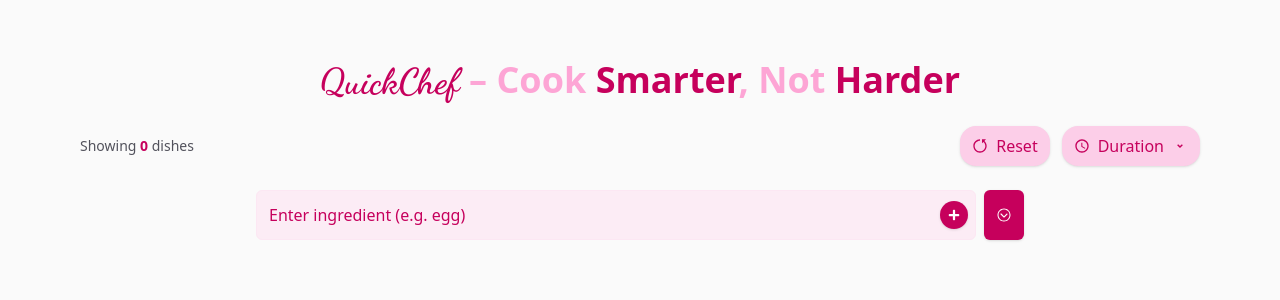
Repository: Priya-creates/QuickChef
Page: /
These files come from the project's save history. The page is drawn as it stood at one moment and after the next save; the edit follows.
The browser window is 1280 px wide. The pictures show the whole page.
Some web fonts or font styles are not loaded; a fallback is used. The project was rebuilt for these pictures with package versions that can differ from the ones it lists, and the page was loaded fresh each time. Also part of the build but not shown: vite.config.js, src/components/DishCard.jsx.

Above is the page before, as saved 2025-10-28 18:35:04.

### index.html
<!doctype html>
<html lang="en">
  <head>
    <meta charset="UTF-8" />
    <link rel="icon" type="image/svg+xml" href="/logo_1.png" />
    <meta name="viewport" content="width=device-width, initial-scale=1.0" />
    <title>QuickChef — Ingredient-Based Recipe Finder</title>
  </head>
  <body>
    <div id="root"></div>
    <script type="module" src="/src/main.jsx"></script>
  </body>
</html>

### src/index.css
@import url('https://fonts.googleapis.com/css2?family=Dancing+Script:wght@400..700&family=Great+Vibes&family=Inter:ital,opsz,wght@0,14..32,100..900;1,14..32,100..900&family=Josefin+Sans:ital,wght@0,100..700;1,100..700&family=Merriweather+Sans:ital,wght@0,300..800;1,300..800&family=Merriweather:ital,opsz,wght@0,18..144,300..900;1,18..144,300..900&family=Outfit:wght@100..900&family=Permanent+Marker&family=Playfair+Display:ital,wght@0,400..900;1,400..900&family=Poppins:ital,wght@0,100;0,200;0,300;0,400;0,500;0,600;0,700;0,800;0,900;1,100;1,200;1,300;1,400;1,500;1,600;1,700;1,800;1,900&family=Prata&family=Raleway:ital,wght@0,100..900;1,100..900&display=swap');
@import "tailwindcss";

.text-outline{

   font-family: "Dancing Script", cursive;
}

### src/App.jsx
import React from "react";
import axios from "axios";
import { IoIosArrowDropdown } from "react-icons/io";
import DishCard from "./components/DishCard";
import Title from "./components/Title";
import { FaPlus, FaExclamationTriangle } from "react-icons/fa";
import { duration } from "./assets/duration";
import { RiResetLeftFill } from "react-icons/ri";
import { MdAccessTime } from "react-icons/md";
import { RiArrowDropDownLine } from "react-icons/ri";

const App = () => {
  const [ingredient, setIngredient] = React.useState("");
  const [ingredientResults, setIngredientResults] = React.useState({});
  const [lockedNoMatch, setLockedNoMatch] = React.useState(false);
  const [dishes, setDishes] = React.useState([]);
  const [ingredientList, setIngredientList] = React.useState([]);
  const [showDropdown, setShowDropdown] = React.useState(false);
  const [showChooseTime, setShowChooseTime] = React.useState(false);
  const [dishesWithTime, setDishesWithTime] = React.useState([]);
  const [ingreListWithNoDishes, setIngreListWithNoDishes] = React.useState([]);
  const [message, setMessage] = React.useState("");
  const [loading, setLoading] = React.useState(false);

  const [time, setTime] = React.useState({
    under_15: false,
    under_30: false,
    under_60: false,
    over_60: false,
  });

  const [category, setCategory] = React.useState({
    under_15: [],
    under_30: [],
    under_60: [],
    over_60: [],
  });

  // Categorize meals by duration
  React.useEffect(() => {
    const newCategories = {
      under_15: [],
      under_30: [],
      under_60: [],
      over_60: [],
    };
    for (const id in duration) {
      const mins = duration[id];
      if (mins <= 15) newCategories.under_15.push(String(id));
      else if (mins <= 30) newCategories.under_30.push(String(id));
      else if (mins <= 60) newCategories.under_60.push(String(id));
      else newCategories.over_60.push(String(id));
    }
    setCategory(newCategories);
  }, []);

  // Fetch dishes by ingredient
  async function handleAdd(e) {
    e.preventDefault();
    setMessage("");

    const key = ingredient.trim().toLowerCase();
    if (!key) {
      setMessage("Enter an ingredient first");
      return;
    }

    // prevent duplicate API calls
    if (ingredientList.includes(key)) {
      setMessage(`"${key}" is already added`);
      return;
    }

    setIngredientList((prev) => [...prev, key]);

    const url = `https://www.themealdb.com/api/json/v1/1/filter.php?i=${encodeURIComponent(
      key
    )}`;
    setLoading(true);

    try {
      const res = await axios.get(url);
      const tempArr = res.data.meals || null;

      setIngredientResults((prev) => ({
        ...prev,
        [key]: tempArr,
      }));
      setIngredient("");
    } catch (err) {
      console.error(err);
      setMessage("Something went wrong while fetching. Try again.");
    } finally {
      setLoading(false);
    }
  }

  // Recompute dishes whenever ingredientResults changes
  React.useEffect(() => {
    const noDishKeys = Object.keys(ingredientResults).filter(
      (k) => !ingredientResults[k]?.length
    );
    setIngreListWithNoDishes(noDishKeys);
    setLockedNoMatch(noDishKeys.length > 0);

    const nonNullResults = Object.values(ingredientResults).filter(
      (arr) => Array.isArray(arr) && arr.length > 0
    );
    if (!nonNullResults.length) {
      setDishes([]);
      setDishesWithTime([]);
      return;
    }

    let base = [...nonNullResults[0]];
    nonNullResults.slice(1).forEach((current) => {
      base = base.filter((item) =>
        current.some((c) => String(c.idMeal) === String(item.idMeal))
      );
    });

    setDishes(base);

    const activeTime = Object.keys(time).find((k) => time[k]);
    if (activeTime) {
      const catList = category[activeTime] || [];
      setDishesWithTime(
        base.filter((item) => catList.includes(String(item.idMeal)))
      );
    } else {
      setDishesWithTime([]);
    }
  }, [ingredientResults]);

  function handleReset() {
    setDishes([]);
    setIngredientList([]);
    setIngredient("");
    setDishesWithTime([]);
    setTime({
      under_15: false,
      under_30: false,
      under_60: false,
      over_60: false,
    });
    setMessage("");
    setIngredientResults({});
    setIngreListWithNoDishes([]);
    setLockedNoMatch(false);
  }

  function handleAll() {
    setShowChooseTime(false);
    setDishesWithTime([]);
    setTime({
      under_15: false,
      under_30: false,
      under_60: false,
      over_60: false,
    });
  }

  function handleTimeSelected(e) {
    const selected = e.currentTarget.dataset.name;
    setTime({
      under_15: false,
      under_30: false,
      under_60: false,
      over_60: false,
      [selected]: true,
    });

    const catList = category[selected] || [];
    setDishesWithTime(
      dishes.filter((item) => catList.includes(String(item.idMeal)))
    );
    setShowChooseTime(false);
  }

  const getTimeForDish = (id) => duration[String(id)] ?? 30;

  function handleRemove(){


  }

  return (
    <div className="min-h-screen bg-zinc-50">
      <div className="max-w-6xl mx-auto px-4 py-8">
        <div className="mb-6">
          <Title />
        </div>

        {/* Top info */}
        <div className="flex items-center justify-between gap-4 flex-col sm:flex-row">
          <div className="text-sm text-zinc-600">
            Showing{" "}
            <span className="font-semibold text-pink-700">
              {dishesWithTime.length > 0
                ? dishesWithTime.length
                : dishes.length}
            </span>{" "}
            dishes
          </div>

          <div className="flex gap-3 items-center">
            <button
              onClick={handleReset}
              className="flex gap-2 items-center bg-pink-200 text-pink-700 px-3 py-2 rounded-2xl shadow hover:scale-102 transition-transform"
            >
              <RiResetLeftFill />
              Reset
            </button>

            <div className="relative">
              <button
                onClick={() => setShowChooseTime((s) => !s)}
                className="flex gap-2 items-center bg-pink-200 text-pink-700 px-3 py-2 rounded-2xl shadow hover:scale-102 transition-transform"
              >
                <MdAccessTime />
                Duration
                <RiArrowDropDownLine />
              </button>

              <div
                className={`mt-2 w-44 right-0 absolute  rounded shadow-lg p-2 text-sm z-40 text-pink-700 bg-pink-100 transition-all duration-300 ease-in  ${
                  showChooseTime
                    ? "opacity-100 translate-y-0 visible"
                    : "opacity-0 -translate-y-2 invisible"
                } `}
              >
                <button
                  onClick={handleAll}
                  className="w-full text-left px-2 py-1 rounded hover:bg-pink-200"
                >
                  All
                </button>
                <hr className="my-1" />
                <button
                  data-name="under_15"
                  onClick={handleTimeSelected}
                  className="w-full text-left px-2 py-1 rounded hover:bg-pink-200"
                >
                  Under 15 mins
                </button>
                <hr className="my-1" />
                <button
                  data-name="under_30"
                  onClick={handleTimeSelected}
                  className="w-full text-left px-2 py-1 rounded hover:bg-pink-200"
                >
                  15 - 30 mins
                </button>
                <hr className="my-1" />
                <button
                  data-name="under_60"
                  onClick={handleTimeSelected}
                  className="w-full text-left px-2 py-1 rounded hover:bg-pink-200"
                >
                  30 - 60 mins
                </button>
                <hr className="my-1" />
                <button
                  data-name="over_60"
                  onClick={handleTimeSelected}
                  className="w-full text-left px-2 py-1 rounded hover:bg-pink-200"
                >
                  Over 1 hour
                </button>
              </div>
            </div>
          </div>
        </div>

        {/* Search area */}
        <div className="mt-6">
          <form
            className="flex flex-row sm:flex-row items-stretch gap-2 max-w-3xl mx-auto"
            onSubmit={handleAdd}
          >
            <div className="relative flex-1">
              <input
                className="w-full p-3 rounded-l-md rounded-r-md bg-pink-100/75 border border-pink-100 outline-none text-pink-700 placeholder-pink-700"
                type="text"
                name="ingredient"
                placeholder="Enter ingredient (e.g. egg)"
                value={ingredient}
                onChange={(e) => {
                  setIngredient(e.target.value);
                  setMessage("");
                }}
              />
              <button
                type="submit"
                aria-label="Add ingredient"
                className="absolute right-2 top-1/2 -translate-y-1/2 bg-pink-700 text-white p-2 rounded-full shadow hover:scale-105 transition-transform"
              >
                <FaPlus size={12} />
              </button>
            </div>

            <div className="flex gap-2">
              <button
                type="button"
                onClick={() => setShowDropdown((s) => !s)}
                className="px-3 py-2 bg-pink-700 text-white rounded-md shadow"
              >
                <IoIosArrowDropdown />
              </button>
            </div>
          </form>

          <div className="max-w-3xl mx-auto mt-2">
            {loading && (
              <div className="text-sm text-pink-700 font-medium">
                Loading...
              </div>
            )}
            {message && !loading && (
              <div className="text-sm text-gray-700 mt-1">{message}</div>
            )}
          </div>

          {/* Ingredient list */}
          {ingredientList.length > 0 && (
            <div className="max-w-3xl mx-auto mt-3 flex flex-wrap gap-2">
              {ingredientList.map((it) => (
                <div
                  key={it}
                  className={`flex items-center gap-1 px-3 py-1 rounded-full text-sm shadow-sm ${
                    ingreListWithNoDishes.includes(it)
                      ? "bg-yellow-300 text-yellow-900"
                      : "bg-pink-100 text-pink-700"
                  }`}
                  title={
                    ingreListWithNoDishes.includes(it)
                      ? "No dishes found for this ingredient"
                      : ""
                  }
                >
                  {it}
                  {ingreListWithNoDishes.includes(it) && (
                    <FaExclamationTriangle size={12} />
                  )}
                </div>
              ))}
            </div>
          )}

          {/* Warning message */}
          {lockedNoMatch && ingreListWithNoDishes.length > 0 && (
            <div className="text-yellow-900 mt-2 text-sm flex items-center gap-1">
              <FaExclamationTriangle />
              No dishes found for:{" "}
              <span className="font-semibold">
                {ingreListWithNoDishes.at(-1)}
              </span>
            </div>
          )}

          {/* Dropdown */}

          <div
            className={`max-w-3xl mx-auto mt-3 bg-white border-1 border-pink-300 rounded shadow p-1 transition-all duration-300 ease-in  ${
              showDropdown && ingredientList.length > 0
                ? "opacity-100 translate-y-0 visible"
                : "opacity-0 -translate-y-2 invisible"
            }`}
          >
            {ingredientList.map((item) => (
              <div onClick={handleRemove} className="flex justify-between items-center px-2 py-1">
                <div
                  key={item}
                  className=" text-pink-700 "
                >
                  {item}
                </div>
                <button className="text-[13px] text-pink-700 font-semibold bg-pink-100 px-2 py-1 rounded-md transition-all duration-300 ease-out hover:bg-pink-200 ">Remove</button>
              </div>
            ))}
          </div>
        </div>

        {/* No dishes matched */}
        {!loading && dishes.length === 0 && ingredientList.length > 0 && (
          <div className="text-center text-gray-500 mt-8">
            No dishes matched your ingredient filters.
          </div>
        )}

        {/* Dish grid */}
        <div className="mt-8">
          <div className="grid grid-cols-1 sm:grid-cols-2 md:grid-cols-3 lg:grid-cols-4 gap-6 sm:gap-6 md:gap-8 place-items-center">
            {(Object.values(time).some((t) => t) ? dishesWithTime : dishes).map(
              (item) => (
                <div key={item.idMeal} className="w-full flex justify-center">
                  <DishCard
                    img={item.strMealThumb}
                    name={item.strMeal}
                    time={getTimeForDish(item.idMeal)}
                  />
                </div>
              )
            )}
          </div>
        </div>

        {Object.values(time).some((t) => t) && dishesWithTime.length === 0 && (
          <div className="text-center text-gray-500 mt-8">
            No dishes found for selected time filter.
          </div>
        )}
      </div>
    </div>
  );
};

export default App;

### src/components/Title.jsx
import React from "react";

const Title = () => {
  return (
    <div className="text-center text-4xl mt-7 font-bold text-pink-300 ">
      <span className="text-outline font-bold text-pink-700">QuickChef</span> – Cook <span className="text-pink-700">Smarter</span>, Not <span className="text-pink-700">Harder</span>
    </div>
  );
};

export default Title;

### src/assets/duration.js
export const duration = {
  "52885": 25,
  "53049": 20,
  "52893": 60,
  "52768": 60,
  "52807": 40,
  "52959": 35,
  "52767": 60,
  "52855": 15,
  "52848": 60,
  "52997": 40,
  "53078": 50,
  "53069": 35,
  "53080": 25,
  "52914": 70,
  "52792": 50,
  "53076": 10,
  "52965": 25,
  "52913": 25,
  "52842": 40,
  "52961": 50,
  "53060": 80,
  "52939": 60,
  "52923": 45,
  "52976": 40,
  "52956": 90,
  "52850": 45,
  "52831": 35,
  "52920": 50,
  "52910": 60,
  "53063": 40,
  "52853": 20,
  "52966": 25,
  "52776": 60,
  "52860": 45,
  "52788": 45,
  "52989": 30,
  "53037": 90,
  "52998": 90,
  "53072": 30,
  "52999": 30,
  "53058": 60,
  "52907": 240,
  "52955": 15,
  "53073": 45,
  "52895": 30,
  "52791": 20,
  "52919": 60,
  "53030": 120,
  "53064": 20,
  "52835": 20,
  "53079": 50,
  "52815": 45,
  "52915": 10,
  "52903": 50,
  "53061": 20,
  "52957": 40,
  "53025": 60,
  "52896": 35,
  "52764": 30,
  "53012": 80,
  "53021": 90,
  "53074": 35,
  "53041": 20,
  "53035": 90,
  "52967": 45,
  "52993": 40,
  "52773": 25,
  "53007": 240,
  "52787": 30,
  "52890": 40,
  "53033": 30,
  "53034": 35,
  "52971": 45,
  "52769": 40,
  "52974": 60,
  "52859": 90,
  "53027": 60,
  "52978": 60,
  "52821": 40,
  "53009": 50,
  "52877": 90,
  "52884": 120,
  "52987": 45,
  "52973": 60,
  "52900": 60,
  "52968": 120,
  "52777": 25,
  "53086": 30,
  "52991": 60,
  "52876": 90,
  "53047": 45,
  "53006": 90,
  "53029": 60,
  "53059": 45,
  "53038": 40,
  "52851": 60,
  "52854": 15,
  "52902": 60,
  "52930": 60,
  "52861": 180,
  "52958": 30,
  "52916": 90,
  "52837": 35,
  "53022": 30,
  "53044": 50,
  "52780": 75,
  "53081": 20,
  "52804": 45,
  "52933": 90,
  "52908": 60,
  "52901": 40,
  "52786": 30,
  "53024": 90,
  "53052": 25,
  "52960": 20,
  "52962": 30,
  "53054": 90,
  "52963": 25,
  "52994": 45,
  "53023": 60,
  "52982": 20,
  "52872": 45,
  "52771": 25,
  "52925": 75,
  "52886": 75,
  "53040": 60,
  "52866": 35,
  "52980": 40,
  "52817": 35,
  "53082": 20,
  "52931": 60,
  "52911": 25,
  "52889": 30,
  "53065": 90,
  "52949": 45,
  "52869": 40,
  "53026": 30,
  "52909": 90,
  "52772": 60,
  "52929": 40,
  "52822": 60,
  "53032": 50,
  "53075": 30,
  "52892": 60,
  "52852": 25,
  "52970": 60,
  "52794": 60,
  "52867": 60,
  "52917": 90,
  "52871": 30
};

Loaded but not shown: src/main.jsx (common file)

After the next save:
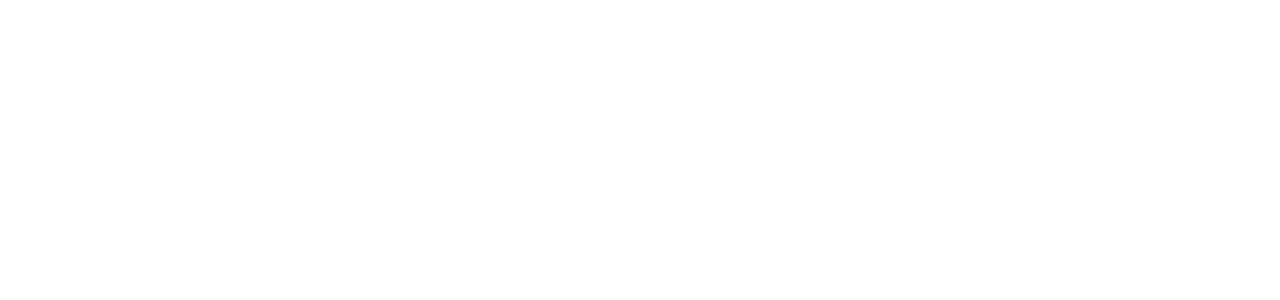
Console error: ReferenceError: use is not defined
Saved 8 s later.
--- a/src/App.jsx
+++ b/src/App.jsx
@@ -178,6 +178,7 @@
   }
 
   const getTimeForDish = (id) => duration[String(id)] ?? 30;
+  use
 
   function handleRemove(){
 

After the save that followed:
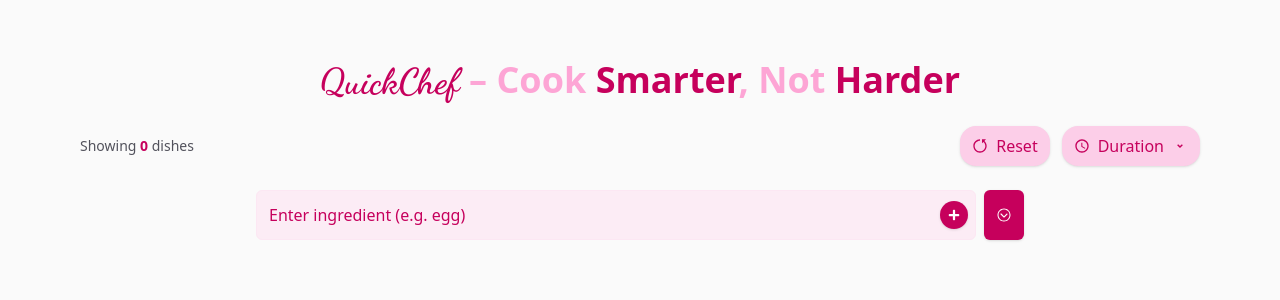
The error is gone.
Saved 9 s later.
--- a/src/App.jsx
+++ b/src/App.jsx
@@ -178,7 +178,7 @@
   }
 
   const getTimeForDish = (id) => duration[String(id)] ?? 30;
-  use
+  React.use
 
   function handleRemove(){
 
